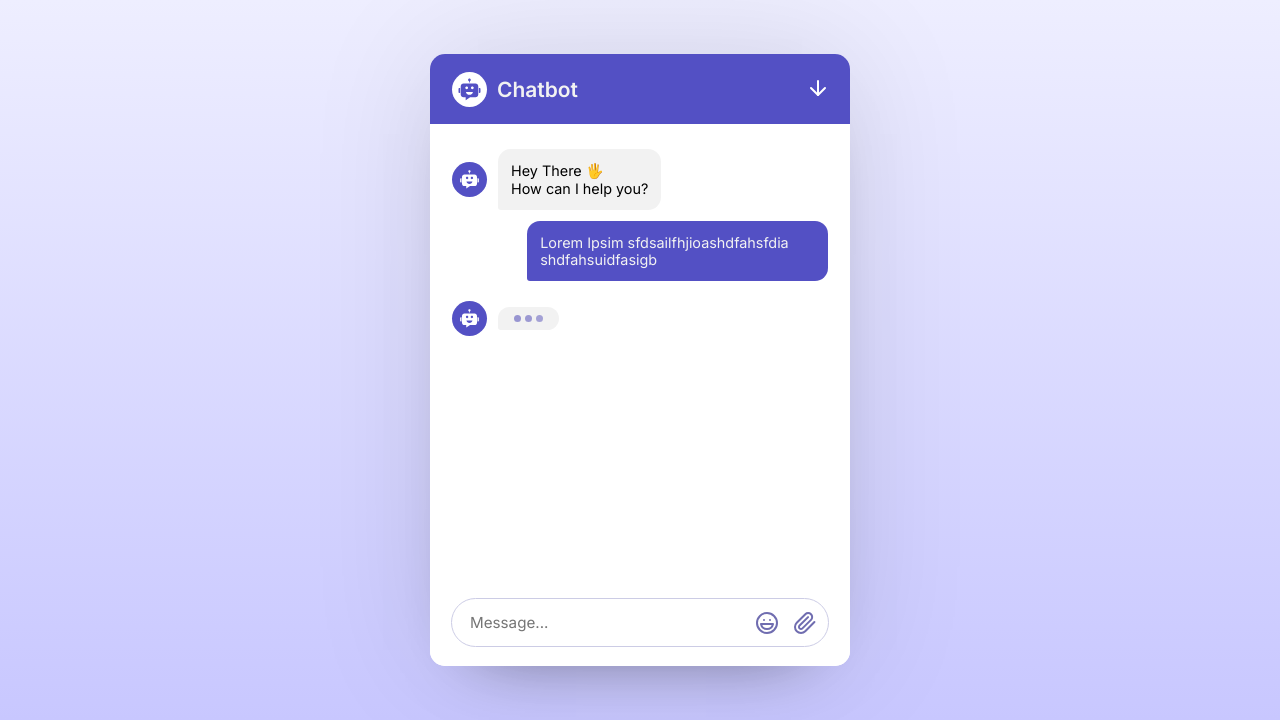
Repository: guilhermecardoso93/ai-bot
Page: /
An editor plug-in stored every save of this project. The page is shown before and after the next save, followed by the edit.
The browser window is 1280 px wide. The pictures show the whole page.
The project was rebuilt for these pictures with package versions that can differ from the ones it lists, and the page was loaded fresh each time. Also part of the build but not shown: vite.config.js.

Above is the page before, as saved 2024-11-13 19:19:38.

After the next save:
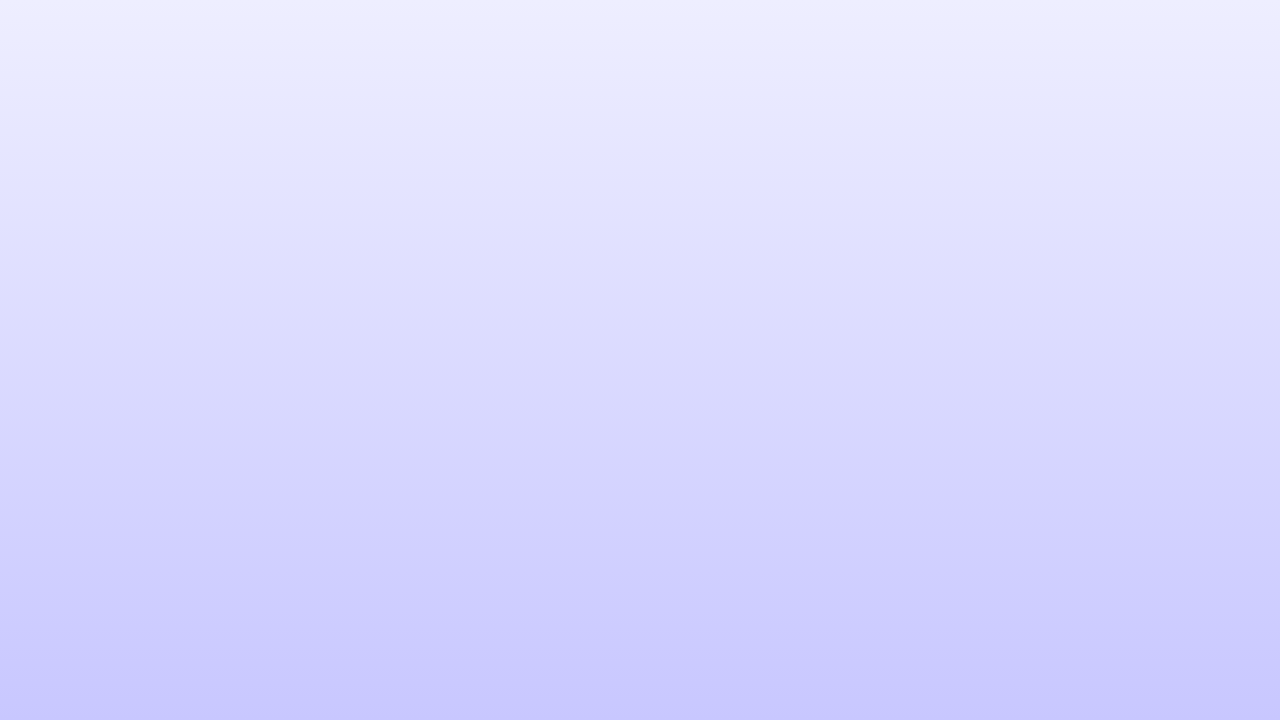
Console error: ReferenceError: inputMessage is not defined
Saved 44 s later.
--- a/src/components/Main.jsx
+++ b/src/components/Main.jsx
@@ -4,15 +4,16 @@ import { ArrowDown, Laugh, Paperclip, ArrowUp } from "lucide-react";
 export function Main() {
   const [messageInput, setMessageInput] = useState("");
 
-  function inputMessage(e) {
-    e.preventDefault();
-    const userMessage = e.target.value.trim();
-    if (e.key === "Enter" && userMessage) {
-      console.log(userMessage);
-    } // exibe a mensagem atual no console
-    setMessageInput(""); // limpa o campo de mensagem
+  function handleKeyDown(e) {
+    // Captura a tecla Enter para envio
+    if (e.key === "Enter" && !e.shiftKey) { // verifica que Enter foi pressionado sozinho
+      e.preventDefault(); // evita quebra de linha no textarea
+      if (messageInput.trim()) {
+        console.log(messageInput.trim()); // exibe a mensagem no console
+        setMessageInput(""); // limpa o campo de entrada
+      }
+    }
   }
-
   return (
     <div className="chatbot-popup">
       {/* Header */}

After the 4 saves that followed:
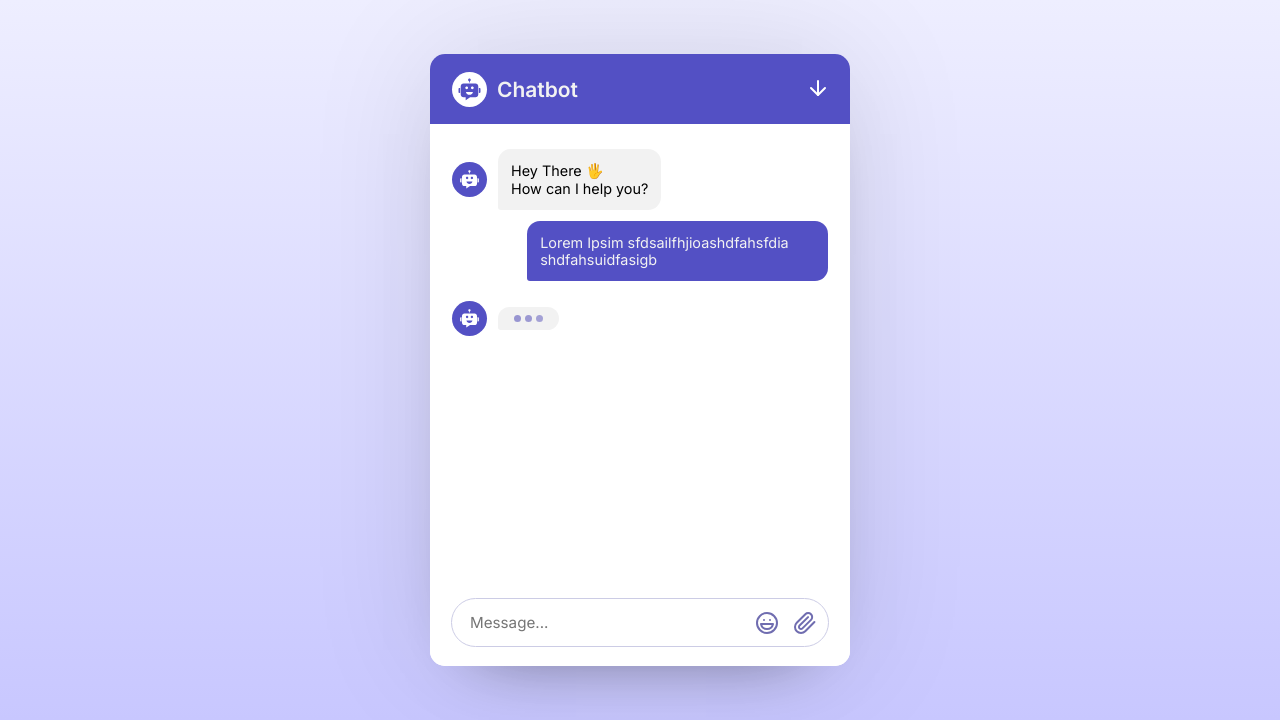
The error is gone.
The 4 saves are shown as one change because 3 left the picture as it was.
The last was saved 71 s later.
--- a/src/components/Main.jsx
+++ b/src/components/Main.jsx
@@ -6,7 +6,8 @@ export function Main() {
 
   function handleKeyDown(e) {
     // Captura a tecla Enter para envio
-    if (e.key === "Enter" && !e.shiftKey) { // verifica que Enter foi pressionado sozinho
+    if (e.key === "Enter" && !e.shiftKey) {
+      // verifica que Enter foi pressionado sozinho
       e.preventDefault(); // evita quebra de linha no textarea
       if (messageInput.trim()) {
         console.log(messageInput.trim()); // exibe a mensagem no console
@@ -84,31 +85,38 @@ export function Main() {
 
       {/* Footer */}
       <div className="chat-footer">
-        <form action="" className="chat-form" onSubmit={inputMessage}>
-          <textarea
-            placeholder="Message..."
-            className="message-input"
-            required
-            value={messageInput}
-            onChange={(e) => setMessageInput(e.target.value)}
-          ></textarea>
-          <div className="chat-controls">
-            <button type="button" className="material-symbols-rounded">
-              <Laugh />
-            </button>
-            <button type="button" className="material-symbols-rounded">
-              <Paperclip />
-            </button>
-            <button
-              type="submit"
-              className="material-symbols-rounded"
-              id="send-message"
-            >
-              <ArrowUp />
-            </button>
-          </div>
-        </form>
-      </div>
+      <form action="" className="chat-form" onSubmit={(e) => e.preventDefault()}>
+        <textarea
+          placeholder="Message..."
+          className="message-input"
+          value={messageInput}
+          onChange={(e) => setMessageInput(e.target.value)}
+          onKeyDown={handleKeyDown} // verifica a tecla Enter
+          required
+        ></textarea>
+        <div className="chat-controls">
+          <button type="button" className="material-symbols-rounded">
+            <Laugh />
+          </button>
+          <button type="button" className="material-symbols-rounded">
+            <Paperclip />
+          </button>
+          <button
+            type="button"
+            className="material-symbols-rounded"
+            id="send-message"
+            onClick={() => {
+              if (messageInput.trim()) {
+                console.log(messageInput.trim());
+                setMessageInput("");
+              }
+            }}
+          >
+            <ArrowUp />
+          </button>
+        </div>
+      </form>
+    </div>
     </div>
   );
 }
